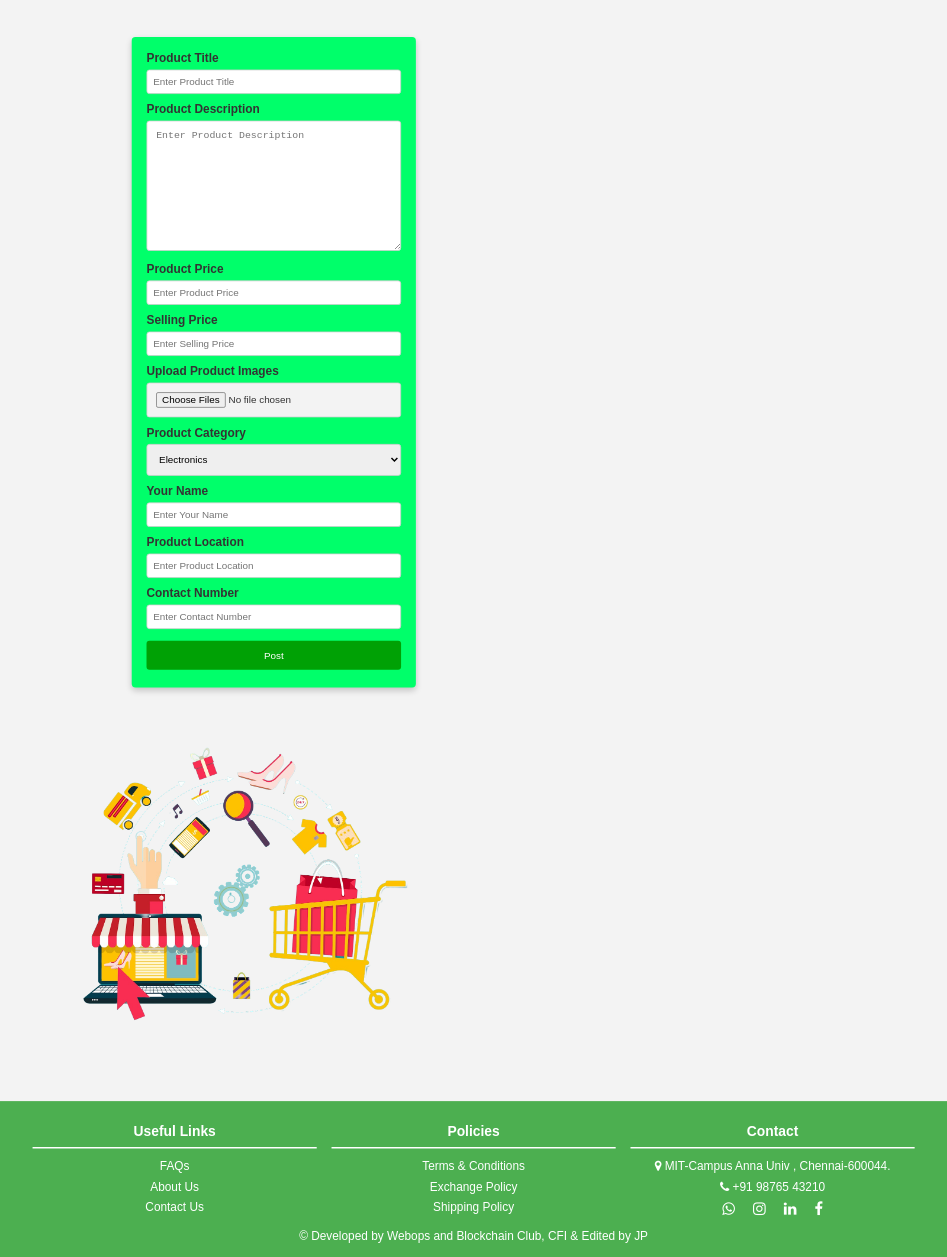
Repository: John-Prabu-A/web-dev-summer-school
Page: Session_1_Assignment/sell.html
An editor plug-in stored every save of this project. The page is shown before and after the next save, followed by the edit.
The browser window is 1280 px wide. The pictures show the whole page, at 74% of full size.

Above is the page before, as saved 2024-06-20 15:32:17.

### Session_1_Assignment/sell.html
<!DOCTYPE html>
<html lang="en">

<head>
    <meta charset="UTF-8">
    <meta name="viewport" content="width=device-width, initial-scale=1.0">
    <title>InstiOLX</title>
    <link rel="stylesheet" href="Styles.css">
    <link rel="stylesheet" href="https://cdnjs.cloudflare.com/ajax/libs/font-awesome/4.7.0/css/font-awesome.min.css">

    <style>
        body {
            font-family: Arial, Helvetica, sans-serif;
            background-color: #f3f3f3;
        }

        img {
            display:inline-block
            position: relative;
            right: 10dvw;
            top: 10dvh;
            width: 50dvw;
            height: auto;
        }

        .container {
            padding: 16px;
            background-color: white;
            position: relative;
            left: 10dvw;
            margin: 50px;
            width: 30%;
            border-radius: 10px;
            box-shadow: 0 4px 8px 0 rgba(0, 0, 0, 0.2);
        }

        input[type=text],
        select,
        textarea {
            width: 100%;
            padding: 8px;
            border: 1px solid #ccc;
            border-radius: 4px;
            box-sizing: border-box;
            margin-top: 6px;
            margin-bottom: 12px;
            resize: vertical;
        }

        button {
            background-color: #00a105;
            color: white;
            padding: 12px 20px;
            margin: 4px 0;
            border: none;
            border-radius: 4px;
            cursor: pointer;
            width: 100%;
        }

        button:hover {
            background-color: #007506;
        }

        .container {
            border-radius: 5px;
            background-color: #00ff6a;
            padding: 20px;
        }

        .container label {
            font-weight: bold;
        }

        .container select {
            width: 100%;
            padding: 12px;
            border: 1px solid #ccc;
            border-radius: 4px;
            box-sizing: border-box;
            margin-top: 6px;
            margin-bottom: 12px;
            resize: vertical;
        }

        .container textarea {
            width: 100%;
            padding: 12px;
            border: 1px solid #ccc;
            border-radius: 4px;
            box-sizing: border-box;
            margin-top: 6px;
            margin-bottom: 12px;
            resize: vertical;
        }

        .container input[type=file] {
            width: 100%;
            padding: 12px;
            border: 1px solid #ccc;
            background-color: #f3f3f3;
            border-radius: 4px;
            box-sizing: border-box;
            margin-top: 6px;
            margin-bottom: 12px;
            resize: vertical;
        }
    </style>
</head>

<body>
    <form action="" class="container" method="post">
        <label for="product-title"><b>Product Title</b></label>
        <input type="text" placeholder="Enter Product Title" name="product-title" required>

        <Lable for="product-description"><b>Product Description</b></Lable>
        <textarea name="product-description" id="product-description" cols="30" rows="10"
            placeholder="Enter Product Description" required></textarea>

        <label for="product-price"><b>Product Price</b></label>
        <input type="text" placeholder="Enter Product Price" name="product-price" required>

        <label for="selling-price"><b>Selling Price</b></label>
        <input type="text" placeholder="Enter Selling Price" name="selling-price" required>

        <!-- multiple photo upload -->
        <label for="product-image"><b>Upload Product Images</b></label>
        <input type="file" name="product-image" id="product-image" multiple required>

        <label for="product-category"><b>Product Category</b></label>
        <select name="product-category" id="product-category" required>
            <option value="electronics">Electronics</option>
            <option value="furniture">Furniture</option>
            <option value="vehicles">Vehicles</option>
            <option value="clothing">Clothing</option>
            <option value="books">Books</option>
            <option value="miscellaneous">Miscellaneous</option>
            <option value="other">Other</option>
        </select>

        <label for="seller-name"><b>Your Name</b></label>
        <input type="text" placeholder="Enter Your Name" name="seller-name" required>

        <label for="product-location"><b>Product Location</b></label>
        <input type="text" placeholder="Enter Product Location" name="product-location" required>

        <label for="product-contact"><b>Contact Number</b></label>
        <input type="text" placeholder="Enter Contact Number" name="product-contact" required>

        <button type="submit">Post</button>
    </form>
    <img src="/Session_1_Assignment/sell-page-bg.png" alt="sell-page-image">
    <footer class="footer">
        <div class="footer-container">
            <div class="footer-column">
                <h3>Useful Links</h3>
                <ul>
                    <li><a href="#">FAQs</a></li>
                    <li><a href="#">About Us</a></li>
                    <li><a href="#">Contact Us</a></li>
                </ul>
            </div>
            <div class="footer-column">
                <h3>Policies</h3>
                <ul>
                    <li><a href="#">Terms & Conditions</a></li>
                    <li><a href="#">Exchange Policy</a></li>
                    <li><a href="#">Shipping Policy</a></li>
                </ul>
            </div>
            <div class="footer-column">
                <h3>Contact</h3>
                <p><i class="fa fa-map-marker"></i> MIT-Campus Anna Univ , Chennai-600044.</p>
                <p><i class="fa fa-phone"></i> +91 98765 43210</p>
                <div class="social-icons">
                    <a href="#" class="fa fa-whatsapp"></a>
                    <a href="#" class="fa fa-instagram"></a>
                    <a href="#" class="fa fa-linkedin"></a>
                    <a href="#" class="fa fa-facebook"></a>
                </div>
            </div>
            © Developed by Webops and Blockchain Club, CFI & Edited by JP
        </div>
    </footer>
</body>

</html>

### Session_1_Assignment/Styles.css
* {
    box-sizing: border-box;
    margin: 0;
    padding: 0;
}

body {
    font-family: 'Gill Sans', 'Gill Sans MT', Calibri, 'Trebuchet MS', sans-serif;
    background-color: white;
    color: #333;
}

header{
    background-color: #4CAF50;
    color: white;
    padding: 20px;
    display: flex;
    justify-content: space-between;
    align-items: center;
    position: fixed;
    width: 100%;
    z-index: 100;
  }
  header #logo {
    font-size: 2em;
  }

  header .navbar a{
    color: white;
    font-weight: bold;
    font-size: 18px;
    padding: 12px 15px;
    text-decoration: none;
  }
  header .navbar a:hover{
    background-color: #45a049;
  }
.banner {
    position: relative;
    padding: 60px 0 0 0;
}

.banner img {
    width: 100%;
}

.search-bar {
    margin: 20px;
    display: flex;
    justify-content: center;
}

.search-bar input[type="text"] {
    width: 300px;
    padding: 10px;
    border: 2px solid #4CAF50;
    border-radius: 5px 0 0 5px;
    border-right: 0;
    outline: none;             /*On starting to type it creates balck border by default,so to avoid it v use this*/
}

.search-bar button {
    padding: 10px 20px;
    border: 2px solid #4CAF50;
    border-left: 0;
    background-color: #4CAF50;
    color: white;
    cursor: pointer;
    border-radius: 0 5px 5px 0;
}

.search-bar button:hover {
    background-color: #45a049;
}

.slideshow-container {
    display: flex;
    justify-content: center;
    gap: 50px;
    flex-wrap: wrap;
}

.slideshow {
    position: relative;
    width: 350px;
    height: 350px;
    overflow: hidden;
    border-radius: 20px;
    border: 2px solid #ddd;
    box-shadow: 0 0 10px rgba(0, 0, 0, 0.1);
}

.slideshow-image {
    position: absolute;
    width: 100%;
    height: 100%;
    background-size: cover;
    opacity: 0;
    animation-iteration-count: infinite;
}

.image1 { background-image: url('https://encrypted-tbn0.gstatic.com/images?q=tbn:ANd9GcQVwGVsuaL7RGKo6A_Sqq83s5_6XYFMhHsjug&s');
          animation-name: fade1;
          animation-duration: 4s; }
.image2 { background-image: url('https://5.imimg.com/data5/WS/NI/FV/SELLER-11710265/mad-maxx-bicycles-avengers-single-kids-cycle-500x500.jpg');
          animation-name: fade2;
          animation-duration: 4s; }
.image3 { background-image: url('https://5.imimg.com/data5/SELLER/Default/2022/7/YX/MH/UK/153492086/pulsar-150cc-twin-disk-500x500.png');
          animation-name: fade3;
          animation-duration: 4s; }
.image4 { background-image: url('https://cpimg.tistatic.com/07673503/b/4/Toyota-Innova-Crysta.jpg');
          animation-name: fade1;
          animation-duration: 4s; }
.image5 { background-image: url('https://tiimg.tistatic.com/fp/1/007/862/most-advanced-modern-premium-lg-7-kg-front-fully-automatic-washing-machine-255.jpg');
          animation-name: fade2;
          animation-duration: 4s; }
.image6 { background-image: url('https://5.imimg.com/data5/SELLER/Default/2022/3/MI/KE/UL/19250422/whirlpool-1-0-ton-3-star-inverter-split-ac-500x500.jpg');
          animation-name: fade3;
          animation-duration: 4s; }
.image7 { background-image: url('https://5.imimg.com/data5/SELLER/Default/2021/8/HZ/XR/AC/8962391/household-vacuum-cleaner-500x500.jpg');
          animation-name: fade1;
          animation-duration: 4s; }
.image8 { background-image: url('https://static.nbastore.in/resized/500X500/50/nba-authentic-series-indoor-outdoor-basketball-size-7-brown-65146fd7e6af2.jpg');
          animation-name: fade2;
          animation-duration: 4s; }
.image9 { background-image: url('https://m.media-amazon.com/images/I/61KOc8c4xQL._SL1200_.jpg');
          animation-name: fade3;
          animation-duration: 4s; }

@keyframes fade1 {
    0%, 33.33% { opacity: 1; }
    33.34%, 100% { opacity: 0; }
}
@keyframes fade2 {
    0%, 33.33% { opacity: 0; }
    33.34%, 66.66% { opacity: 1; }
    66.67%, 100% { opacity: 0; }
}
@keyframes fade3 {
    0%, 66.66% { opacity: 0; }
    66.67%, 100% { opacity: 1; }
}

.container {
    position: relative;
    max-width: 100%;
  }

    .image {
        opacity: 1;
        display: block;
        width: 100%;
        height: auto;
    }

  .middle {
    opacity: 0;
    position: absolute;
    top: 50%;
    left: 50%;
    transform: translate(-50%, -50%);
    text-align: center;
  }
  .text {
    color: #4CAF50;
    font-size: 16px;
    padding: 16px 32px;
    font-weight: bold;
  }
  .container:hover .image {
    opacity: 0.3;
  }

  .container:hover .middle {
    opacity: 1;
  }


.product-listings {
    display: flex;
    flex-wrap: wrap;
    justify-content: center;
    margin: 20px;
    border: 5px solid #4CAF50;
    border-radius: 15px;
    padding: 25px;
}

.product {
    background-color: white;
    border: 2px solid #e0e0e0;
    border-radius: 10px;
    margin: 30px;
    padding: 15px;
    width: 220px;
    text-align: center;
    transition: transform 0.5s, box-shadow 0.3s;
}

.product:hover {
    box-shadow: 0 4px 8px rgba(0, 0, 0, 0.2);
    transform: scale(1.05);
}

.product img {
    max-width: 100%;
    border-bottom: 1px solid #e0e0e0;
    margin-bottom: 10px;
}

.product-info h2 {
    font-size: 1.2em;
    margin-bottom: 10px;
    color: #4CAF50;
}

.product-info p {
    font-size: 1em;
    color: #777;
}

.footer {
    background-color: #4CAF50;
    color: white;
    text-align: center;
    padding: 20px 0;
    margin-top: 40px;
}

.footer-container {
    display: flex;
    flex-wrap: wrap;
    justify-content: center;
}

.footer-column {
    width: 30%;
    margin: 10px;
}

.footer-column h3 {
    border-bottom: 2px solid #fff;
    padding-bottom: 10px;
    margin-bottom: 15px;
}

.footer-column ul {
    list-style-type: none;
}

.footer-column ul li {
    margin: 10px ;
}

.footer-column ul li a {
    color: white;
    text-decoration: none;
}

.footer-column p {
    margin-top: 10px;
}

.footer-column .social-icons {
    margin-top: 10px;
}

.footer-column .social-icons a {
    color: white;
    text-decoration: none;
    margin: 0 10px;
    font-size: 20px;
}

After the next save:
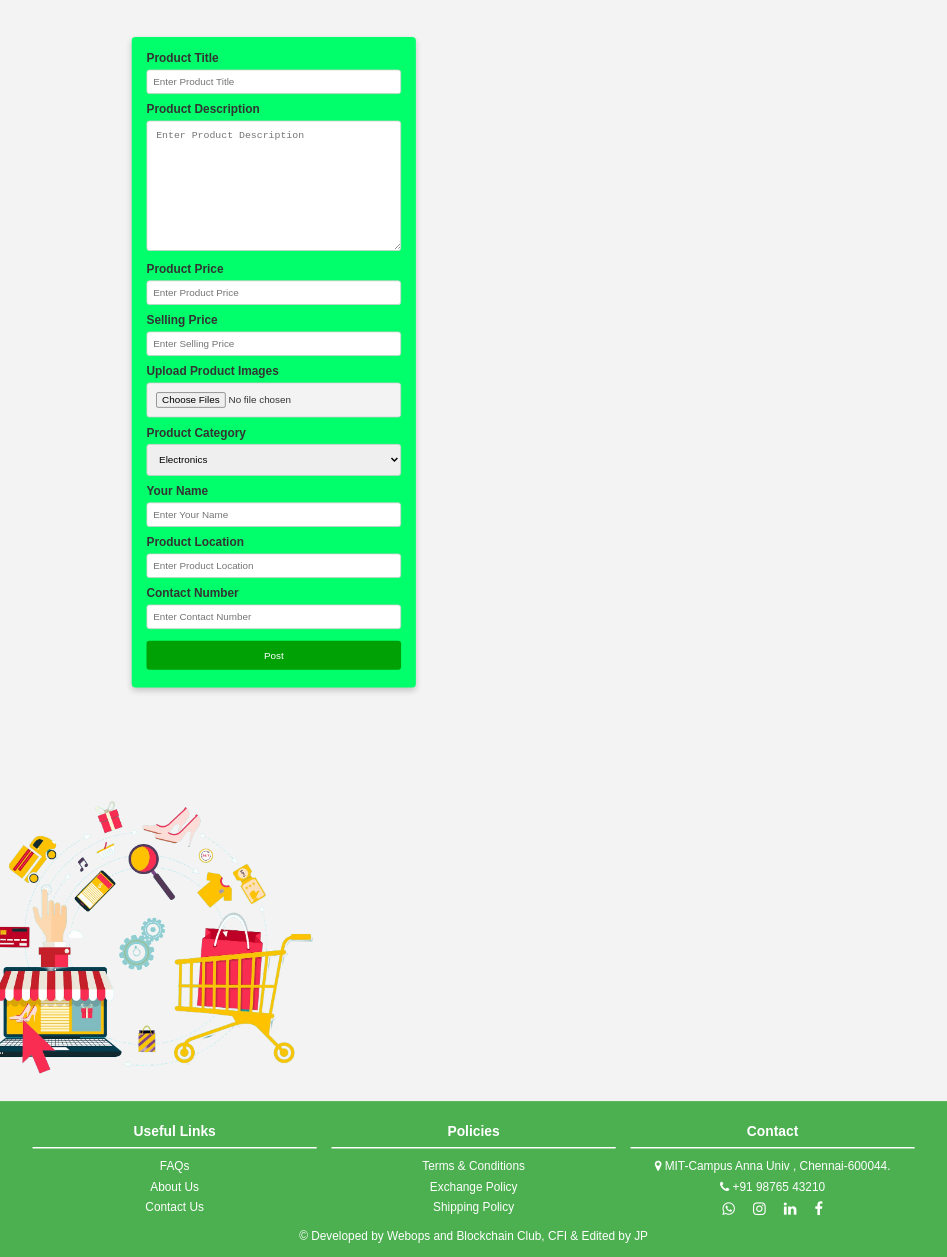
Saved 7 s later.
--- a/Session_1_Assignment/sell.html
+++ b/Session_1_Assignment/sell.html
@@ -15,7 +15,7 @@
         }
 
         img {
-            display:inline-block
+            display:inline-block;
             position: relative;
             right: 10dvw;
             top: 10dvh;
